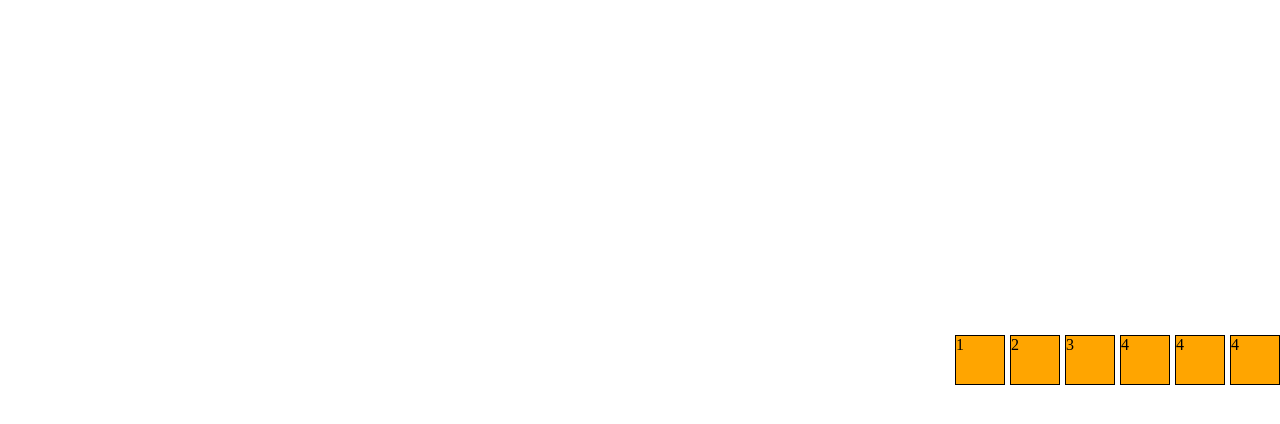
Repository: wisdomphamdev/flex-box
Page: index.html
These files come from the project's save history. The page is drawn as it stood at one moment and after a run of saves; the edit follows.
The browser window is 1280 px wide. The pictures show the whole page.

Above is the page before, as saved 2024-06-10 21:18:06.

### index.html
<!DOCTYPE html>
<html lang="en">
<head>
    <meta charset="UTF-8">
    <meta name="viewport" content="width=device-width, initial-scale=1.0">
    <title>Document</title>
    <link rel="stylesheet" href="style.css">
</head>
<body>
    <div class="container">
        <div class="item">1</div>
        <div class="item">2</div>
        <div class="item">3</div>
        <div class="item">4</div>
        <div class="item">4</div>
        <div class="item">4</div>



    </div>
</body>
</html>

### style.css
* {
  padding: 0;
  margin: 0;
  box-sizing: border-box;
}

.item {
  height: 50px;
  width: 50px;
  border: 1px solid #000;
  background: orange;
}

.container {
  height: 100vh;
  display: flex;
  /* flex-direction: column; */
  /* flex-direction: row; */
  /* flex-direction: column-reverse;*/
  /* flex-direction: row-reverse; */
  /* flex-wrap:nowrap ; */
  /* flex-wrap:wrap ; */
  /* flex-wrap: wrap-reverse; */
  /* justify-content:center; */
  justify-content:flex-end ;
  /* justify-content:flex-start ; */
  /* justify-content:space-between ; */
  /* justify-content:space-around ; */
  /* justify-content: space-evenly; */
  /* align-items: start; */
  align-items: center;
  /* align-items: end; */

    gap: 5px;
}

After the next 2 saves:
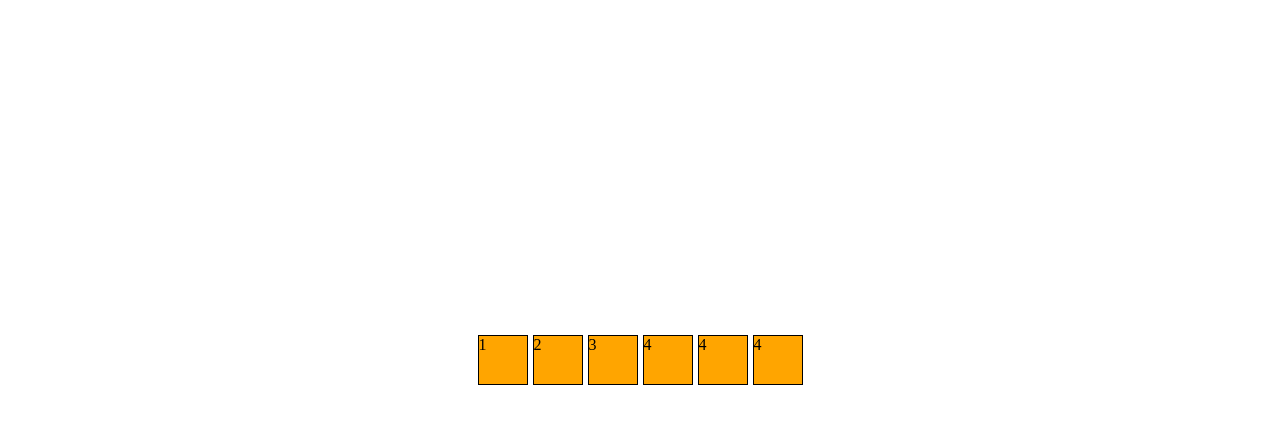
The 2 saves are shown as one change because they came seconds apart.
The last was saved 17 s later.
--- a/style.css
+++ b/style.css
@@ -21,8 +21,8 @@
   /* flex-wrap:nowrap ; */
   /* flex-wrap:wrap ; */
   /* flex-wrap: wrap-reverse; */
-  /* justify-content:center; */
-  justify-content:flex-end ;
+  justify-content:center;
+  /* justify-content:flex-end ; */
   /* justify-content:flex-start ; */
   /* justify-content:space-between ; */
   /* justify-content:space-around ; */
